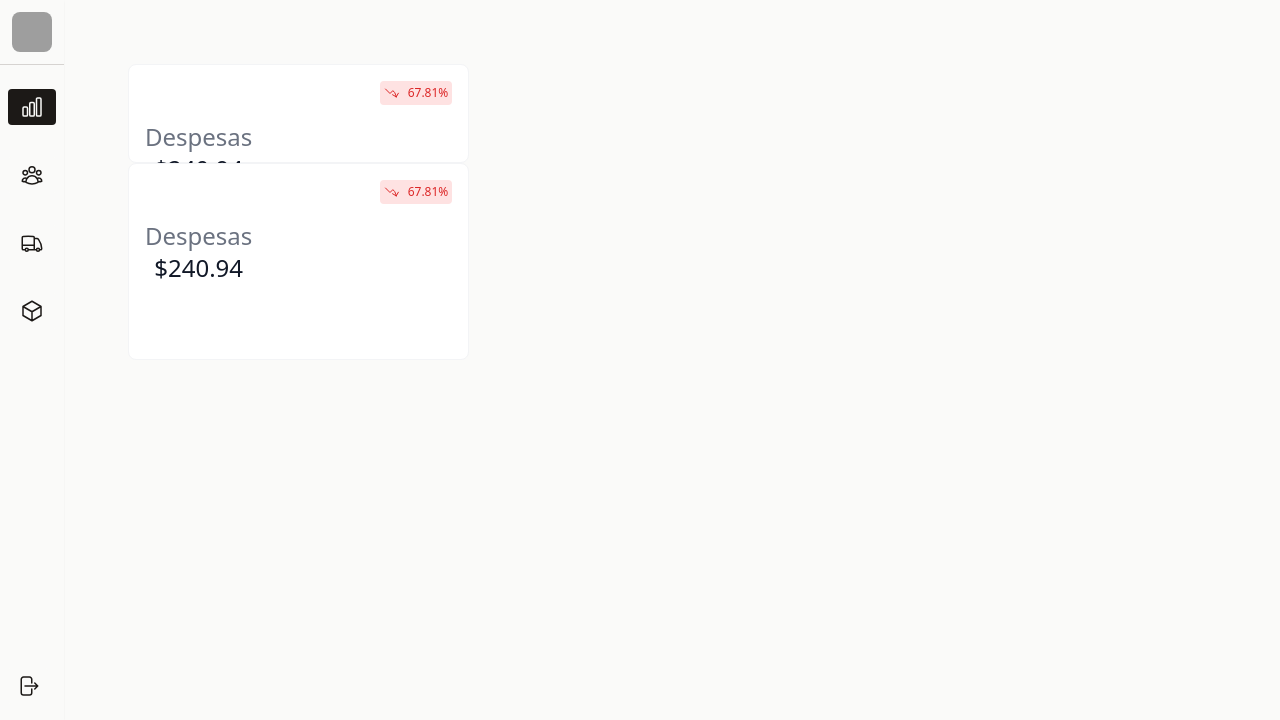
Repository: XavierOtavio/Cuzinhas
Page: /dashboard
These files come from the project's save history. The page is drawn as it stood at one moment and after the next save; the edit follows.
The browser window is 1280 px wide. The pictures show the whole page.
Pictures or frames that could not be fetched are drawn as grey boxes. The project was rebuilt for these pictures with package versions that can differ from the ones it lists, and the page was loaded fresh each time. Also part of the build but not shown: src/components/Orders.js, src/components/Employees.js, src/components/Login.js, src/components/Register.js, src/components/Home.js, src/components/Logotipo.js, src/components/Header.js, src/components/Footer.js and 1 more.

Above is the page before, as saved 2023-03-08 18:43:47.

After the next save:
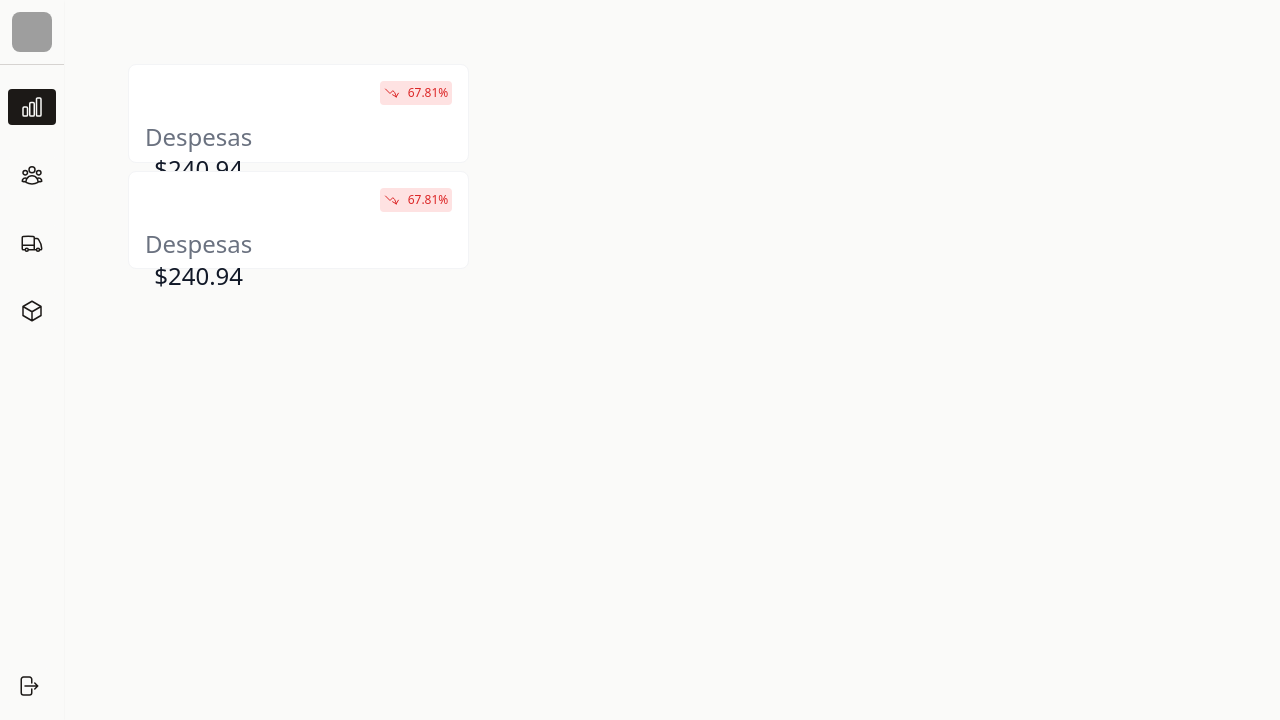
Saved 2 s later.
--- a/src/components/Dashboard.js
+++ b/src/components/Dashboard.js
@@ -39,22 +39,6 @@ export default function Dashboard() {
           </div>
         </button>
       </div>
-      <div className="row-start-4 row-end-2 col-start-1 col-end-5">
-        <button class="flex flex-col gap-4 rounded-lg border border-gray-100 bg-white w-full h-full p-4">
-          <div class="inline-flex gap-2 self-end rounded bg-red-100 p-1 text-red-600">
-            <ArrowTrendingDownIcon className="h-4 w-4" />
-            <span class="text-xs font-medium"> 67.81% </span>
-          </div>
-          <div>
-            <strong class="block text-left text-2xl font-medium text-gray-500">
-              Despesas
-            </strong>
-            <p>
-              <span class="text-2xl font-medium text-gray-900"> $240.94 </span>
-            </p>
-          </div>
-        </button>
-      </div>
     </div>
   );
 }
